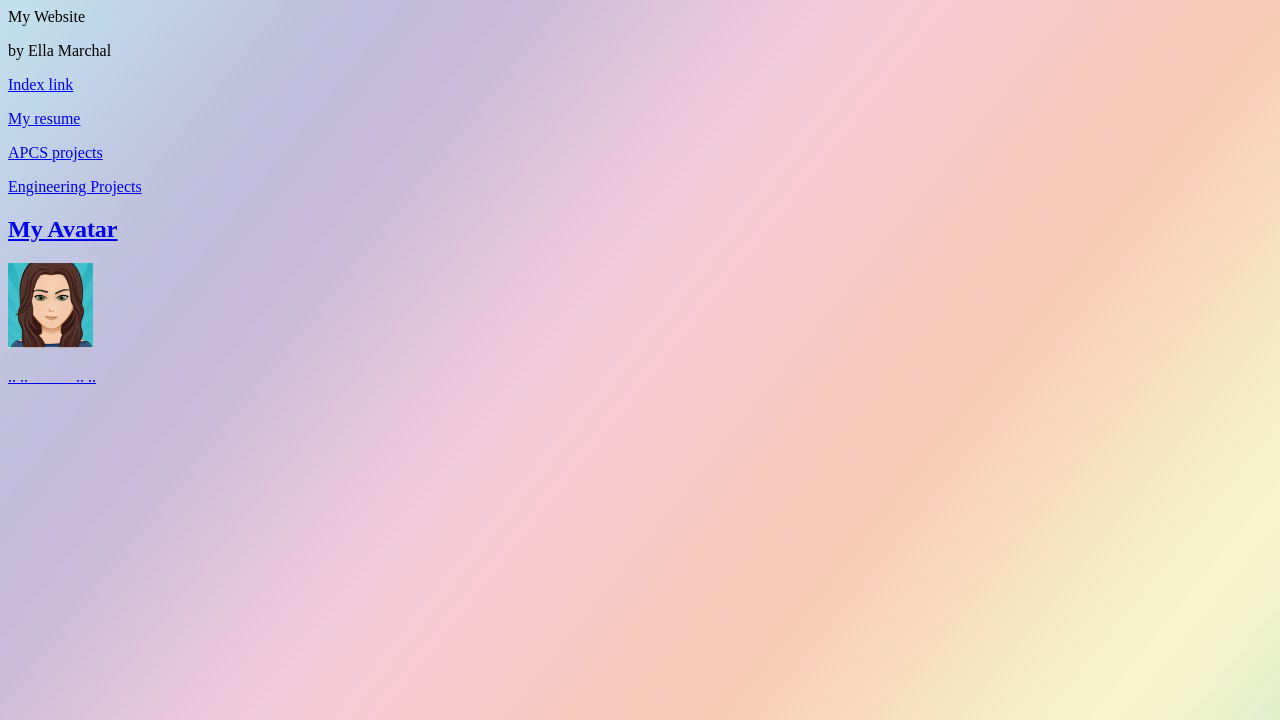
Repository: ella-m/ella-m.github.io
Page: index.html
The author's editor kept a record of every edit. The page is drawn from the files as they stood at one moment, then again after the next edit.
The browser window is 1280 px wide. The pictures show the whole page.

Above is the page before.

After the next edit:
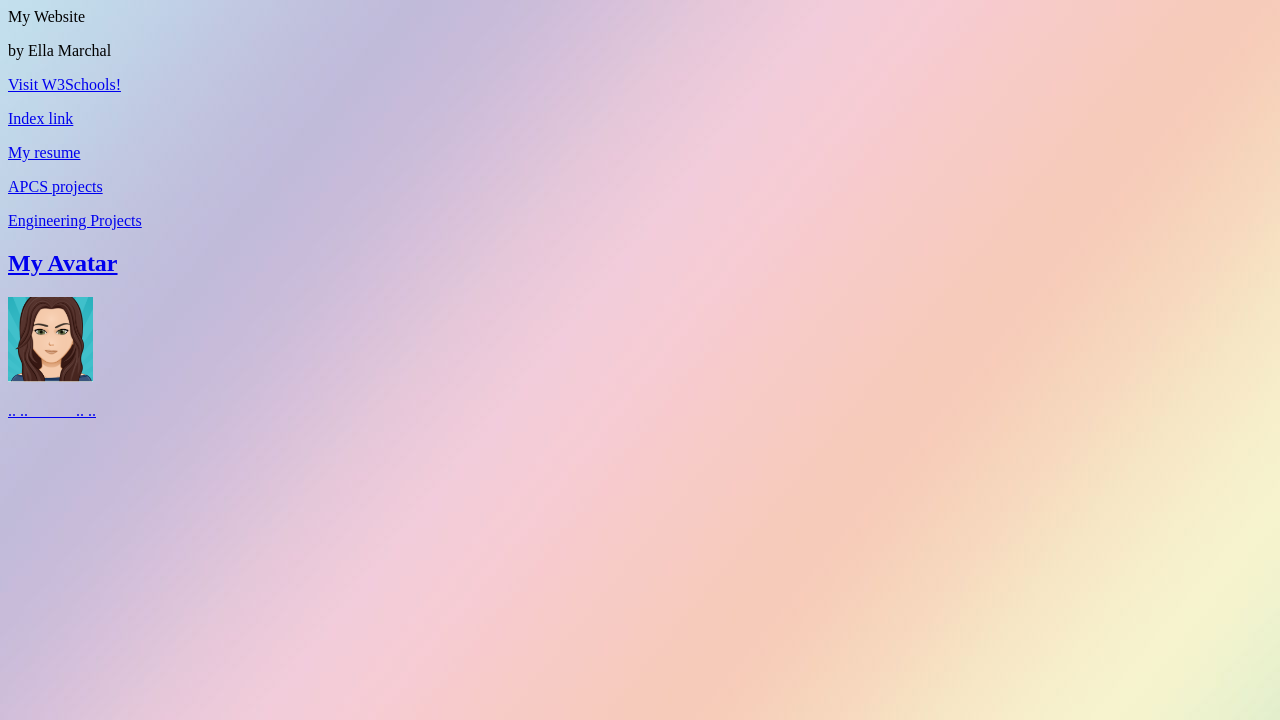
The edit:
--- a/index.html
+++ b/index.html
@@ -14,6 +14,7 @@
 </h5>My Website</h5>
 <p>by Ella Marchal</p>
 
+<a href="https://www.w3schools.com/" target="_blank">Visit W3Schools!</a>
 
 <p><a href="index.html">Index link</p>
 

After the 5 edits that followed:
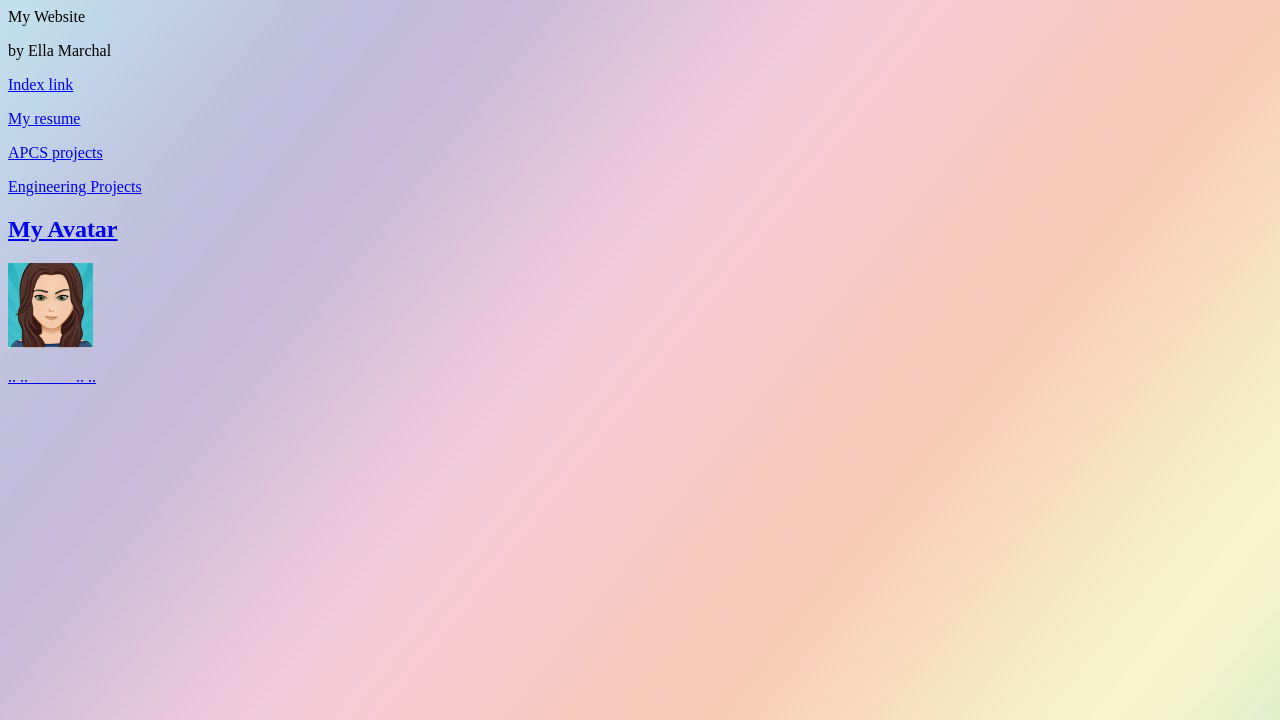
The 5 edits are shown as one change because 4 left the picture as it was.
The edit:
--- a/index.html
+++ b/index.html
@@ -14,15 +14,14 @@
 </h5>My Website</h5>
 <p>by Ella Marchal</p>
 
-<a href="https://www.w3schools.com/" target="_blank">Visit W3Schools!</a>
 
-<p><a href="index.html">Index link</p>
+<p><a href="index.html" target="_blank">Index link</p>
 
-<p><a href="Resume.html">My resume</p>
+<p><a href="Resume.html" target="_blank">My resume</p>
 
-<p><a href="apcs.html">APCS projects</p>
+<p><a href="apcs.html" target="_blank">APCS projects</p>
 
-<p><a href="eap.html">Engineering Projects</p>
+<p><a href="eap.html" target="_blank">Engineering Projects</p>
 
 <h2>My  Avatar</h2>
 <img src="images/snip-avatar.PNG" alt="avatar text" width="85" height="85">
